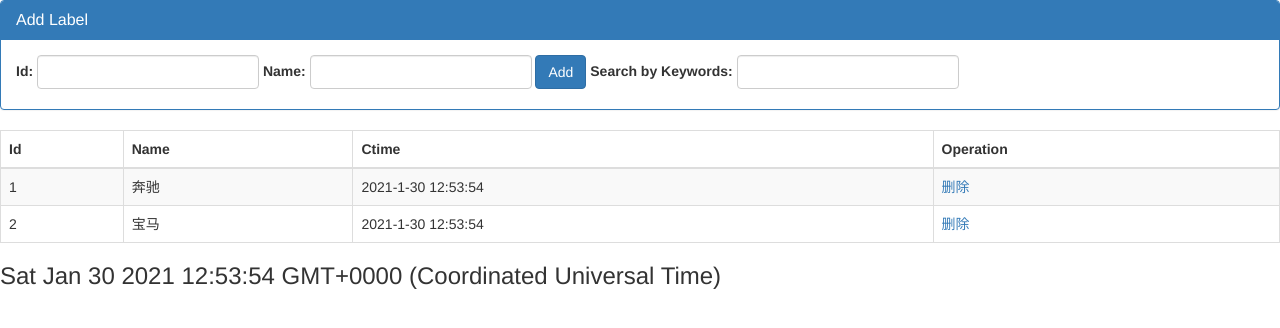
Repository: Devonzhang/FrontEnd
Page: VueStudyDay2/02品牌列表案例2.html
These files come from the project's save history. The page is drawn as it stood at one moment and after the next save; the edit follows.
The browser window is 1280 px wide. The pictures show the whole page.

Above is the page before, as saved 2021-01-31 17:21:49.

After the next save:
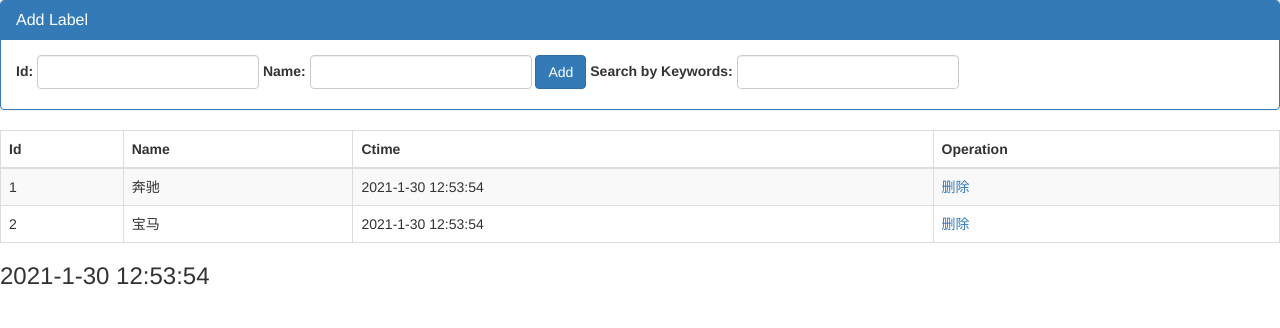
Saved 33 s later.
--- a/VueStudyDay2/02品牌列表案例2.html
+++ b/VueStudyDay2/02品牌列表案例2.html
@@ -59,7 +59,7 @@
 
     <div id="app2">
         <h3>
-            {{dt}}
+            {{dt | dateFormat}}
         </h3>
 
 
